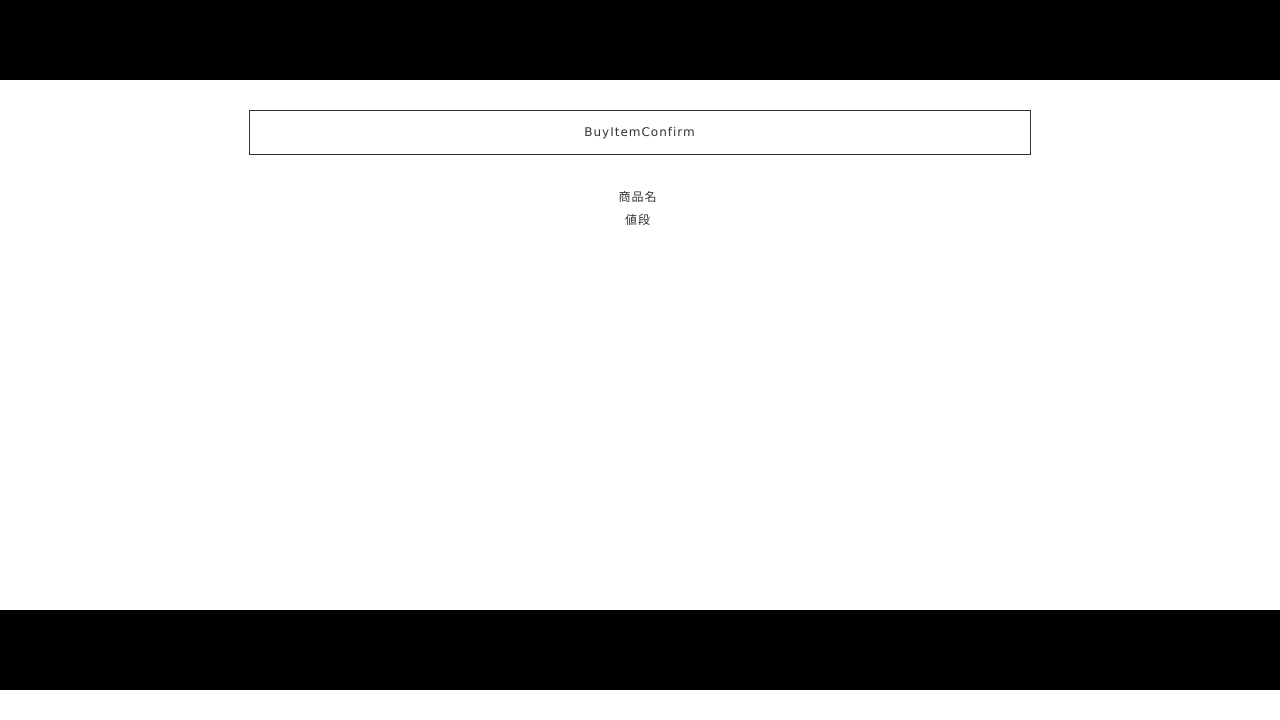
Repository: kousuke-2047/test
Page: http://localhost/template/buyItemConfirm.jsp
The author's editor kept a copy of each file at every save. The page is drawn from the files as they stood at one save, then again after the next save.
The browser window is 1280 px wide. The pictures show the whole page.
The page is served by Tomcat 9. Other server files are loaded and not shown.

Above is the page before, as saved 2018-05-29 07:34:50.

### template/WebContent/buyItemConfirm.jsp
<%@ page language="java" contentType="text/html; charset=UTF-8"
    pageEncoding="UTF-8"%>
<%@ taglib prefix ="s" uri ="/struts-tags" %>
<!DOCTYPE html>
<html>
<head>
<meta http-equiv="Content-Type" content="text/html; charset=UTF-8">
<meta http-equiv="Content-Style-Type" content="text/css"/>
<meta http-equiv="Content-Script-Type" content="text/javascript"/>
<meta http-equiv="imagetoolbar" content="no"/>
<meta name="description" content=""/>
<meta name="keywords" content=""/>

<title>buyItemConfirm画面</title>

<style type = "text/css">
body{
margin:0;
padding:0;
line-height:1.6;
letter-spacing:1px;
font-family:Verdana,Helvetica,sans-serif;
font-size:12px;
color:#333;
background:#fff;
}

table{
text-align:center;
margin:0 auto;
}
/*======ID Layout====*/

#top{
width:780px;
margin:30px auto;
border:1px solid #333;
}
#header{
width:100%;
height:80px;
background-color:black;
}
#main{
width:100%;
height:500px;
text-align:center;
}
#footer{
width:100%;
height:80px;
background-color:black;
clear:both;
}
</style>
</head>
<body>
	<div id="header">
		<div id ="pr">
		</div>
	</div>
	<div id="main">
		<div id = "top">
			<p>BuyItemConfirm</p>
		</div>
		<div>
			<s:form action="BuyItemConfirmAction">
			<table>
			<tr>
				<td>商品名</td>
				<td><s:property value="session.buyItem_name"/></td>
			</tr>
			<tr>
				<td>値段</td>
				<td><s:property value="session.buyItem_price"/>
				<span></span>
				</td>
			</tr>
			<tr>
				<td></td>
				<td><s:property value="session.stock"/>
				<span></span>
				</td>
			</tr>
			<tr>
				<td></td>
				<td><s:property value="session.pay"/></td>
			</tr>
			<tr>
				<td></td>
			</tr>
		</table>
		</s:form>
		</div>
	</div>
	<div id ="footer">
		<div id ="pr">
		</div>
	</div>

</body>
</html>

After the next save:
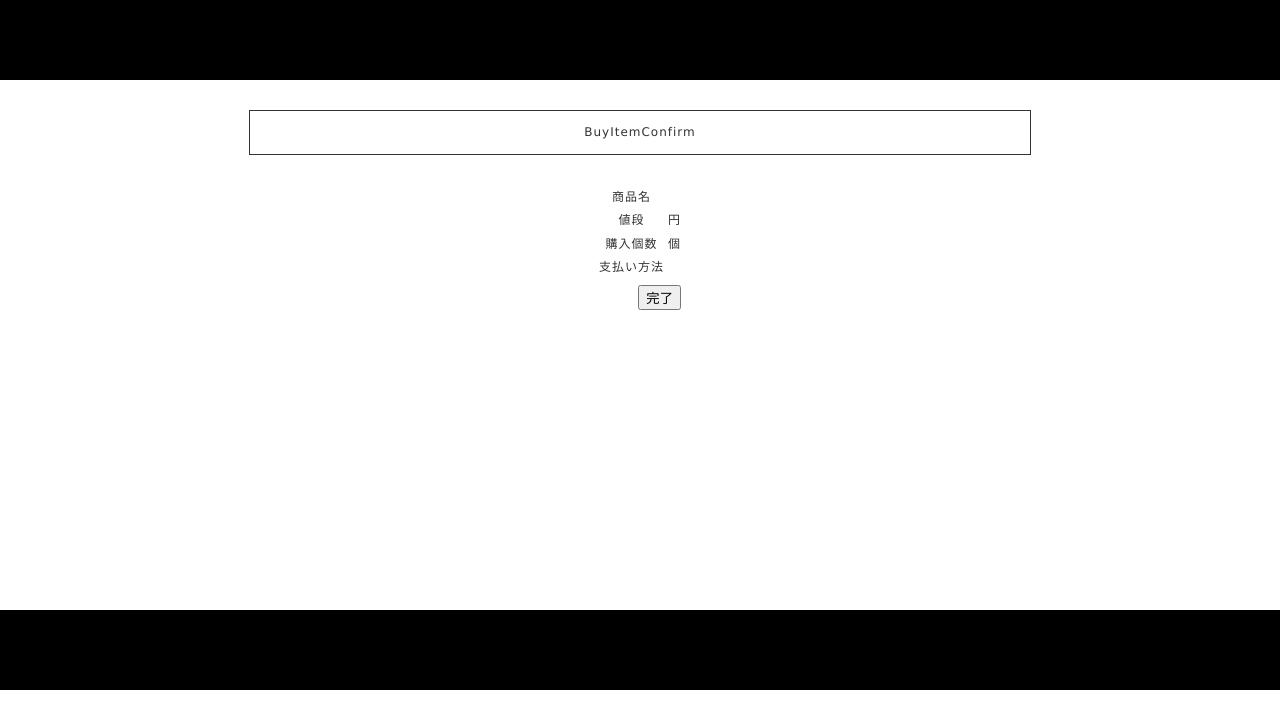
Saved 60 s later.
--- a/template/WebContent/buyItemConfirm.jsp
+++ b/template/WebContent/buyItemConfirm.jsp
@@ -73,21 +73,21 @@
 			<tr>
 				<td>値段</td>
 				<td><s:property value="session.buyItem_price"/>
-				<span></span>
+				<span>円</span>
 				</td>
 			</tr>
 			<tr>
-				<td></td>
+				<td>購入個数</td>
 				<td><s:property value="session.stock"/>
-				<span></span>
+				<span>個</span>
 				</td>
 			</tr>
 			<tr>
-				<td></td>
+				<td>支払い方法</td>
 				<td><s:property value="session.pay"/></td>
 			</tr>
 			<tr>
-				<td></td>
+				<td><s:submit value ="完了"/></td>
 			</tr>
 		</table>
 		</s:form>
